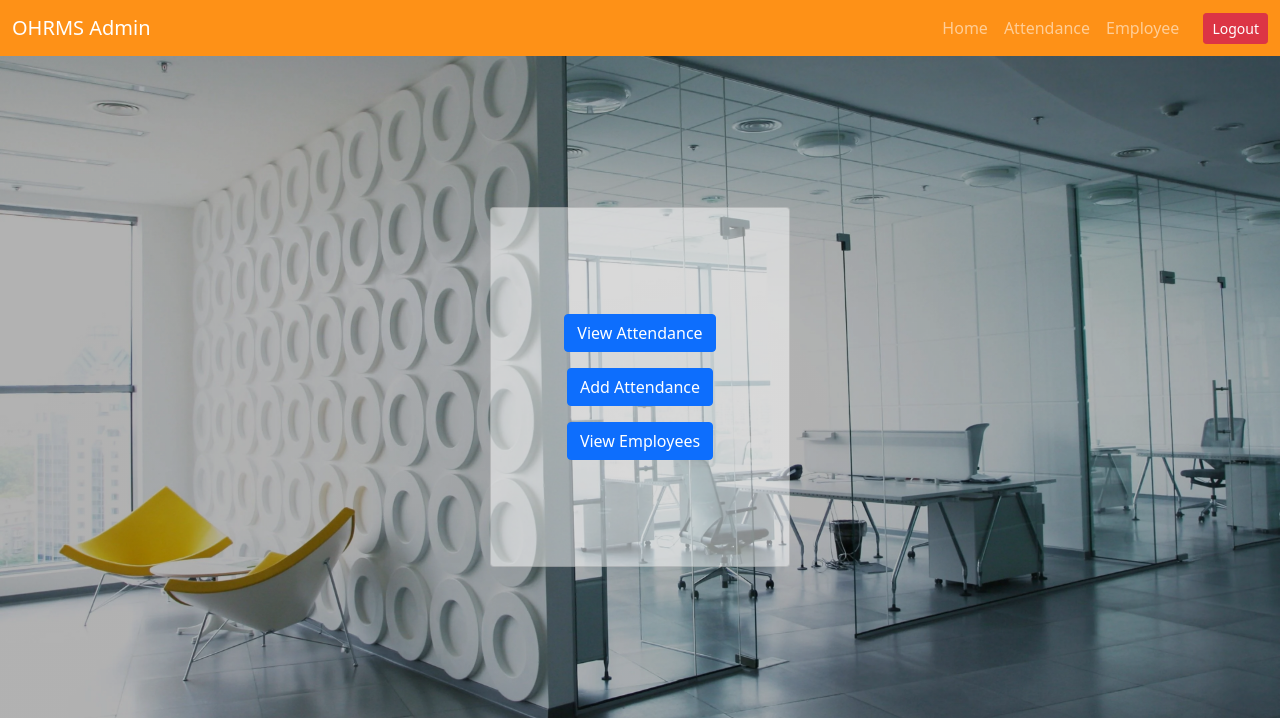
Repository: SaudCh/PHP-OHRMS
Page: http://localhost/admin/index
The author's editor kept a copy of each file at every save. The page is drawn from the files as they stood at one save, then again after the next save.
The browser window is 1280 px wide. The pictures show the whole page.
Some web libraries are served in a nearby version. The page is run by PHP 8.4 with error messages shown; the project is at /var/www/html/. The session is filled in as if someone had signed in: {"admin": "admin@ohrm.com"}. Other server files are loaded and not shown.

Above is the page before, as saved 2022-06-05 22:25:44.

### admin/index.php
<!DOCTYPE html>
<html lang="en">

<head>
    <meta charset="UTF-8">
    <meta http-equiv="X-UA-Compatible" content="IE=edge">
    <meta name="viewport" content="width=device-width, initial-scale=1.0">
    <?php require "../assets/includes/link.includes.php" ?>
    <title>OHRMS</title>
    <style>
        .index-body {
            height: 92vh;
            display: flex;
            justify-content: center;
            align-items: center;

            background-image: linear-gradient(rgba(0, 0, 0, 0.3), rgba(0, 0, 0, 0.3)), url('../assets/images/4452961.webp');
            background-size: cover;
            background-repeat: no-repeat;
            background-position: center;
        }

        .card {
            width: 300px;
            height: 50vh;
            display: flex;
            flex-direction: column;
            align-items: center;
            justify-content: center;
            background-color: rgba(255, 255, 255, 0.5);
        }
    </style>
</head>

<body>
    <?php require "./assets/Components/header.php" ?>
    <div class="index-body">
        <div class="card">
            <a class="btn btn-primary my-2" href="attendance">View Attendance</a>
            <a class="btn btn-primary my-2" href="add-attendance">Add Attendance</a>
            <a class="btn btn-primary my-2" href="employee">View Employees</a>
        </div>
    </div>
</body>

</html>

### assets/includes/link.includes.php
<link href="https://cdn.jsdelivr.net/npm/bootstrap@5.0.2/dist/css/bootstrap.min.css" rel="stylesheet" integrity="sha384-EVSTQN3/azprG1Anm3QDgpJLIm9Nao0Yz1ztcQTwFspd3yD65VohhpuuCOmLASjC" crossorigin="anonymous">
<script src="https://cdn.jsdelivr.net/npm/bootstrap@5.0.2/dist/js/bootstrap.bundle.min.js" integrity="sha384-MrcW6ZMFYlzcLA8Nl+NtUVF0sA7MsXsP1UyJoMp4YLEuNSfAP+JcXn/tWtIaxVXM" crossorigin="anonymous"></script>
<script src="https://cdn.jsdelivr.net/npm/@popperjs/core@2.9.2/dist/umd/popper.min.js" integrity="sha384-IQsoLXl5PILFhosVNubq5LC7Qb9DXgDA9i+tQ8Zj3iwWAwPtgFTxbJ8NT4GN1R8p" crossorigin="anonymous"></script>
<script src="https://cdn.jsdelivr.net/npm/bootstrap@5.0.2/dist/js/bootstrap.min.js" integrity="sha384-cVKIPhGWiC2Al4u+LWgxfKTRIcfu0JTxR+EQDz/bgldoEyl4H0zUF0QKbrJ0EcQF" crossorigin="anonymous"></script>

<script src="https://kit.fontawesome.com/5d60ba127b.js" crossorigin="anonymous"></script>

<link rel="stylesheet" href="./assets/css/style.css" type="text/css">
<link rel="stylesheet" href="./assets/css/footer.css" type="text/css">
<style>
    .link {
        text-decoration: none;
    }
</style>

### admin/assets/Components/header.php
<?php
session_start();
$email = '';

include '../assets/config/dbconfig.php';

if (isset($_SESSION['admin'])) {
    $email = $_SESSION['admin'];
} else {
    header("location: login");
}
?>
<nav class="navbar navbar-expand-lg navbar-dark" style="background-color: #fe9117;">
    <div class="container-fluid">
        <a class="navbar-brand" href="index">OHRMS Admin</a>
        <button class="navbar-toggler" type="button" data-bs-toggle="collapse" data-bs-target="#navbarSupportedContent" aria-controls="navbarSupportedContent" aria-expanded="false" aria-label="Toggle navigation">
            <span class="navbar-toggler-icon"></span>
        </button>
        <div class="collapse navbar-collapse" id="navbarSupportedContent">
            <ul class="navbar-nav ms-auto me-3 mb-2 mb-lg-0">
                <li class="nav-item">
                    <a class="nav-link" aria-current="page" href="index">Home</a>
                </li>
                <li class="nav-item">
                    <a class="nav-link" href="attendance">Attendance</a>
                </li>
                <li class="nav-item">
                    <a class="nav-link" href="employee">Employee</a>
                </li>
            </ul>
            <?php

            if (isset($_SESSION['admin'])) {
                echo '<a href="./assets/includes/admin-logout.includes.php" class="btn btn-sm btn-danger">Logout</a>';
            } else {
                echo '<a href="login" class="btn btn-sm btn-success">Login/Register</a>';
            }
            ?>

        </div>
    </div>
</nav>

### assets/config/dbconfig.php
<?php
// Database configuration
$dbHost     = "localhost";
$dbUsername = "root";
$dbPassword = "";
$dbName     = "ohrms";

// $dbHost     = "sql102.epizy.com";
// $dbUsername = "epiz_31455211";
// $dbPassword = "Kr3NNcrNvT9Mx4";
// $dbName     = "epiz_31455211_ohrms";

// Create database connection
$db = new mysqli($dbHost, $dbUsername, $dbPassword, $dbName);
$con=mysqli_connect($dbHost, $dbUsername, $dbPassword,$dbName);

// Check connection
if ($db->connect_error) {
    die("Connection failed: " . $db->connect_error);
}

### assets/css/footer.css
.back-to-top {
  cursor: pointer;
  position: fixed;
  bottom: 30px;
  right: 20px;
  display: none;
  z-index: 10;
}

.footer {
  background-color: #fe9126;
  display: flex;
  color: white;
  z-index: 2;
}

.footer a {
  color: white;
  text-decoration: none;
  font-weight: 500;
}

.footer-links ul {
  text-align: left;
}

.footer-links li {
  list-style: none;
}

.copyright {
  color: white;
  background-color: #fe9126;
}

Loaded but not shown: assets/css/style.css (common file)

After the next save:
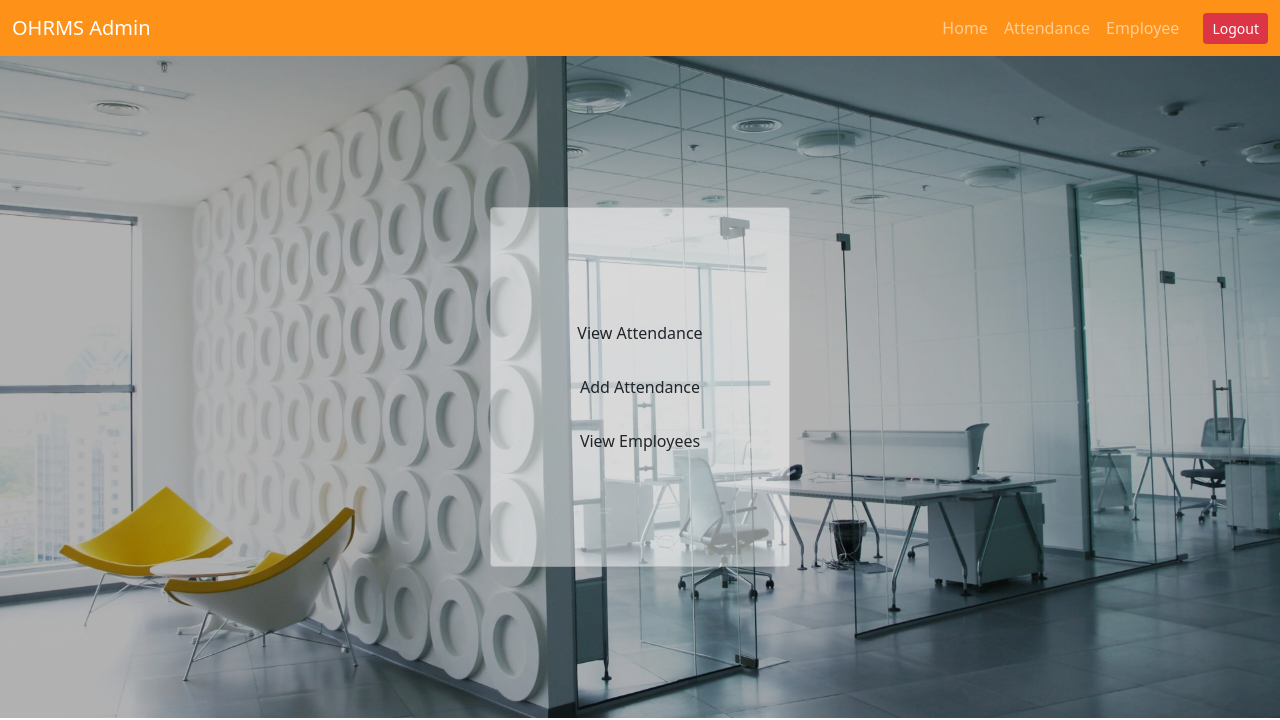
Saved 38 s later.
--- a/admin/index.php
+++ b/admin/index.php
@@ -36,9 +36,9 @@
     <?php require "./assets/Components/header.php" ?>
     <div class="index-body">
         <div class="card">
-            <a class="btn btn-primary my-2" href="attendance">View Attendance</a>
-            <a class="btn btn-primary my-2" href="add-attendance">Add Attendance</a>
-            <a class="btn btn-primary my-2" href="employee">View Employees</a>
+            <a class="btn my-2" href="attendance">View Attendance</a>
+            <a class="btn my-2" href="add-attendance">Add Attendance</a>
+            <a class="btn my-2" href="employee">View Employees</a>
         </div>
     </div>
 </body>
